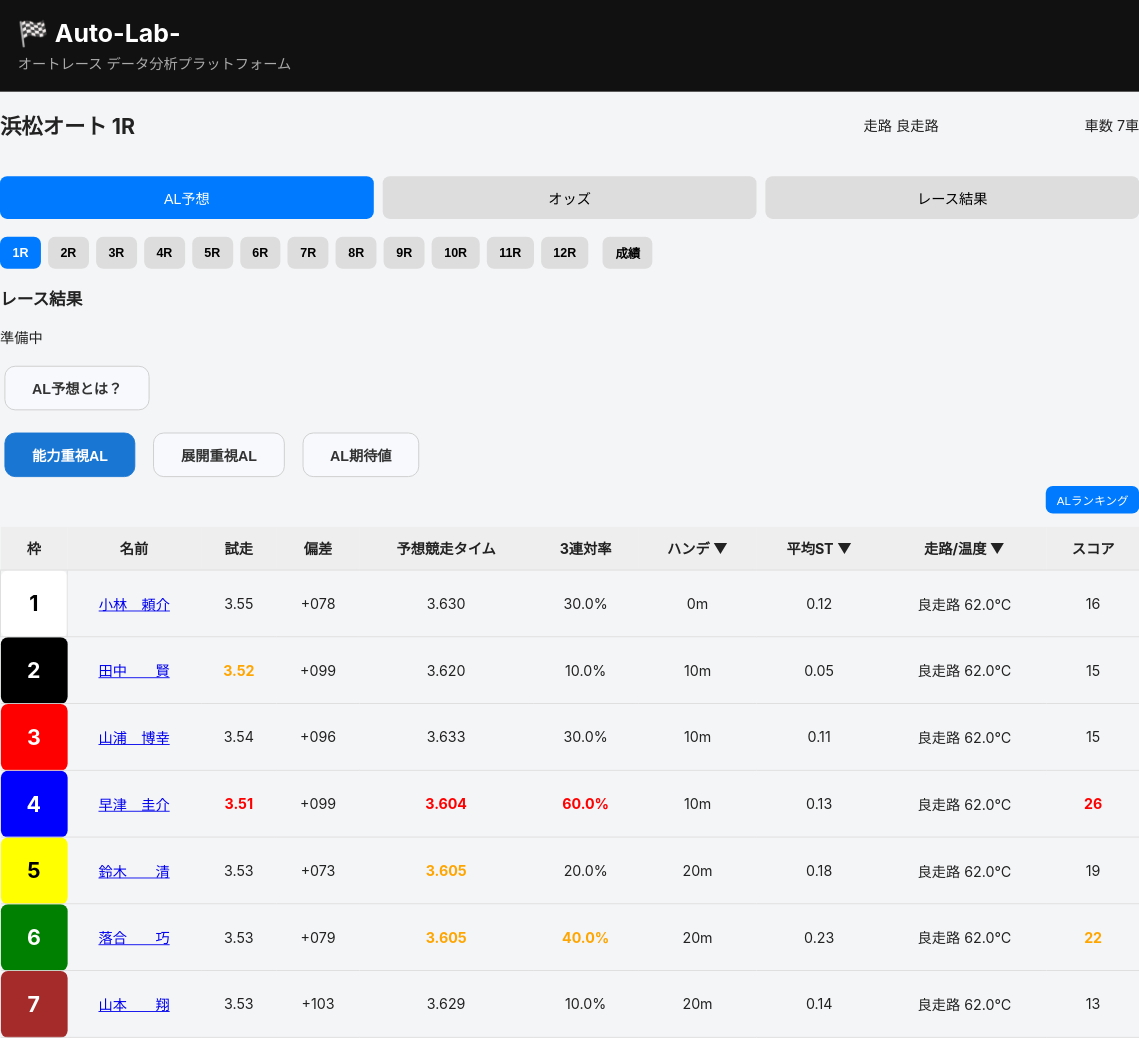
Repository: autorace-lab/Auto-Lab--main
Page: race.html
These files come from the project's save history. The page is drawn as it stood at one moment and after the next save; the edit follows.
The browser window is 1280 px wide. The pictures show the whole page, at 89% of full size.

Above is the page before, as saved 2026-08-05 16:44:15.

### race.html
<!DOCTYPE html>
<html lang="ja">

<head>
<meta charset="UTF-8">
<meta name="viewport" content="width=device-width, initial-scale=1.0">

<title>Auto-Lab- | オートレースデータ分析</title>

<link rel="stylesheet" href="style.css">

</head>


<div id="playerModal" class="modal">

<div class="modal-content">

<span class="close" onclick="closePlayer()">×</span>

<h2 id="playerName"></h2>

<p><strong>ランク</strong>　<span id="playerRank"></span></p>

<p><strong>試走平均</strong>　<span id="playerTime"></span></p>

<p><strong>平均ST</strong>　<span id="playerST"></span></p>

<p><strong>試走偏差</strong>　<span id="playerDiff"></span></p>

<p><strong>3連対率</strong>　<span id="playerTripleRate"></span></p>

<p><strong>節間成績</strong></p>

<p id="playerResults"></p>

<p><strong>直近10走</strong></p>

<p id="playerRecent"></p>

<p><strong>車番</strong>　<span id="playerCar"></span>号車</p>

<p><strong>ハンデ</strong>　<span id="playerHandicap"></span></p>

<p><strong>評価</strong>　<span id="playerEvaluation"></span></p>

</div>

</div>


<body>


<header>


<div class="logo">
<a href="index.html">
🏁 Auto-Lab-
</a>
</div>


<div class="subtitle">
オートレース データ分析プラットフォーム
</div>


</header>

<div class="race-info">

<div class="race-header">

<h2 id="raceTitle"></h2>

<p id="raceTitleType"></p>

<p id="raceDay"></p>

<p id="deadline"></p>

<p id="weather"></p>

<p id="track"></p>

<p id="cars"></p>

</div>

<div class="tabs">
  <button class="tab-btn active" onclick="changeTab('al')">AL予想</button>
  <button class="tab-btn" onclick="changeTab('odds')">オッズ</button>
  <button class="tab-btn" onclick="changeTab('result')">レース結果</button>
</div>

<div class="race-tabs">
  <button class="race-tab-btn active" onclick="changeRace(1)">1R</button>
  <button class="race-tab-btn" onclick="changeRace(2)">2R</button>
  <button class="race-tab-btn" onclick="changeRace(3)">3R</button>
  <button class="race-tab-btn" onclick="changeRace(4)">4R</button>
  <button class="race-tab-btn" onclick="changeRace(5)">5R</button>
  <button class="race-tab-btn" onclick="changeRace(6)">6R</button>
  <button class="race-tab-btn" onclick="changeRace(7)">7R</button>
  <button class="race-tab-btn" onclick="changeRace(8)">8R</button>
  <button class="race-tab-btn" onclick="changeRace(9)">9R</button>
  <button class="race-tab-btn" onclick="changeRace(10)">10R</button>
  <button class="race-tab-btn" onclick="changeRace(11)">11R</button>
  <button class="race-tab-btn" onclick="changeRace(12)">12R</button><div class="race-tabs"></div>
  <button class="race-tab-btn" onclick="changeRecent()">成績</button>
</div>

<div id="race" class="tab-content" style="display:none;">
  <table>
    <thead>
      <tr>
        <th>車</th>
        <th>選手</th>
        <th>ハンデ</th>
        <th>試走</th>
        <th>偏差</th>
        <th>ST</th>
        <th>3連対率</th>
        <th>節間成績</th>
    </thead>
    <tbody id="raceTable"></tbody>
  </table>
</div>
<div id="result" class="tab-content">
  <h3>レース結果</h3>
  <p>準備中</p>
</div>

<div id="odds" class="tab-content" style="display:none;">
  <h3>オッズ</h3>
  <p>ここにオッズを表示します。</p>
</div>

<div id="al" class="tab-content" style="display:block;">

   <div class="al-tabs">

<button class="al-tab-btn" onclick="toggleAbout(this)">
    AL予想とは？
</button>

</div>



    <!-- AL予想とは -->
    <div id="about" class="al-page" style="display:none;">



<h2>🏁 Auto-Lab予想（AL予想）</h2>

<p>
<strong>
試走タイムを単純評価するのではなく、選手ごとの試走特性を補正した
「予想競走タイム」と、レース条件による「展開ポイント」を組み合わせ、
そのレースにおける選手の期待値を可視化する予想システムです。
</strong>
</p>

<p>
オートレースでは、同じ試走タイムでも選手によって意味が変わります。
試走タイムを出しやすい選手、出にくい選手の特徴を
<strong>試走偏差</strong>によって補正し、
選手本来の状態を評価します。
</p>




<p>
選手自身の能力・現在の状態を重視するAI評価です。
</p>

<p>
<strong>
予想競走タイム 70％ ＋ 展開ポイント 30％
</strong>
</p>

<ul>
<li>試走タイム＋試走偏差による予想競走タイム</li>
<li>平均ST</li>
<li>ハンデ位置補正</li>
<li>走路コンディション</li>
</ul>


<h3>🌊 展開重視AL</h3>

<p>
ハンデ位置や走路条件など、レース展開の有利不利を重視するAI評価です。
</p>

<p>
<strong>
予想競走タイム 30％ ＋ 展開ポイント 70％
</strong>
</p>

<ul>
<li>試走タイム＋試走偏差による予想競走タイム</li>
<li>平均ST</li>
<li>ハンデ位置補正</li>
<li>走路コンディション（良走路・湿走路・走路温度など）</li>
</ul>


<h3>🏆 AL期待値</h3>

<p>
能力重視ALと展開重視ALの両方から、
そのレースで最も期待できる選手を分析します。
</p>

<p>
<strong>
能力 × 展開 ＝ Auto-Lab期待値
</strong>
</p>


</div>

<div class="al-sub-tabs">

<button class="al-tab-btn" onclick="changeALTab('ability', this)">
    能力重視AL
</button>

<button class="al-tab-btn" onclick="changeALTab('development', this)">
    展開重視AL
</button>

<button class="al-tab-btn" onclick="changeALTab('expectationArea', this)">
AL期待値
</button>

</div>


<section class="al-description">

  <div id="ability" class="al-page" style="display:none;">

<div class="al-header">



    <button class="rank-btn" id="rankBtn" onclick="toggleAbilityRank()">
    ALランキング
</button>

    </div>

<table>
<thead>
<tr>
<th>枠</th>
<th>名前</th>
<th>試走</th>
<th>偏差</th>
<th>予想競走タイム</th>
<th>3連対率</th>
<th class="handicap-header" onclick="toggleHandicap()">
    ハンデ ▼
</th>
<th class="st-header" onclick="toggleST()">
    平均ST ▼
</th>
<th class="temp-header" onclick="toggleTemperature()">
    走路/温度 ▼
</th>
<th>スコア</th>
</tr>
</thead>

<tbody id="abilityTable">
</tbody>

</table>

</div>

<div id="development" class="al-page" style="display:none;">
<div class="al-header">


   <button class="rank-btn" id="developmentRankBtn" onclick="toggleDevelopmentRank()">
    ALランキング
</button>

    </div>


<table>
<thead>
<tr>
<th>枠</th>
<th>名前</th>
<th>試走</th>
<th>偏差</th>
<th>予想競走タイム</th>
<th>3連対率</th>
<th class="handicap-header" onclick="toggleHandicap()">
    ハンデ ▼
</th>
</th>
<th class="st-header" onclick="toggleST()">
    平均ST ▼
</th>
<th class="temp-header" onclick="toggleTemperature()">
    走路/温度 ▼
</th>
<th>スコア</th>
</tr>
</thead>

<tbody id="developmentTable">
</tbody>

</table>

</div>

<div id="expectationArea" class="al-page" style="display:none;">

<div class="al-header">

<button class="rank-btn" id="expectationRankBtn" onclick="toggleExpectationRank()">
ALランキング
</button>

</div>
<table>

<thead>
<tr>
<th>枠</th>
<th>名前</th>
<th>能力スコア</th>
<th>展開スコア</th>
<th>AL期待値</th>
</tr>
</thead>

<tbody id="expectationTable">

</tbody>

</table>

</div>

<script src="script.js"></script>

</body>

</html>

### style.css
body {
    margin:0;
    font-family:
    -apple-system,
    BlinkMacSystemFont,
    "Helvetica Neue",
    Arial,
    sans-serif;
    background:#f4f5f7;
    color:#222;
}


/* ヘッダー */

header {
    background:#111;
    color:white;
    padding:20px;
}

.logo {
    font-size:28px;
    font-weight:bold;
}

.subtitle {
    color:#aaa;
    margin-top:5px;
}


/* 全体 */

.container {
    max-width:900px;
    margin:auto;
    padding:15px;
}


/* カード */

.card {
    background:white;
    border-radius:14px;
    padding:20px;
    margin-bottom:15px;
    box-shadow:0 3px 10px rgba(0,0,0,0.08);
}


/* レース情報 */

.race-header {
    display:flex;
    justify-content:space-between;
    align-items:center;
}

.badge {
    background:#e60012;
    color:white;
    padding:6px 12px;
    border-radius:20px;
}



/* 表 */

table {
    width:100%;
    border-collapse:collapse;
}


th {
    background:#eee;
}


th,td {
    padding:12px;
    text-align:center;
    border-bottom:1px solid #ddd;
}


/* 車番 */

.car {
    font-size:22px;
    font-weight:bold;
}


/* 評価 */

.rating {
    display:flex;
    gap:10px;
}


.rating div {
    flex:1;
    background:#f5f5f5;
    padding:15px;
    text-align:center;
    border-radius:10px;
}


.star {
    color:#ff9800;
    font-size:22px;
}


/* データ */

.data {
    display:grid;
    grid-template-columns:repeat(3,1fr);
    gap:10px;
}


.data div {
    background:#f5f5f5;
    padding:15px;
    text-align:center;
    border-radius:10px;
}


.number {
    font-size:24px;
    font-weight:bold;
}

  .car {
    width:50px;
    height:50px;
    border-radius:8px;
    color:white;
    font-size:24px;
    font-weight:bold;
}


.car1 {
    background:white;
    color:black;
    border:1px solid #ddd;
}

.car2 {
    background:black;
}

.car3 {
    background:red;
}

.car4 {
    background:blue;
}

.car5 {
    background:yellow;
    color:black;
}

.car6 {
    background:green;
}

.car7 {
    background:brown;
}

.car8 {
    background:purple;
}

/* 試走偏差 */

.plus{
    color:#16a34a;
    font-weight:bold;
    background:#dcfce7;
    padding:4px 8px;
    border-radius:20px;
}

.normal{
    color:#ca8a04;
    font-weight:bold;
    background:#fef9c3;
    padding:4px 8px;
    border-radius:20px;
}

.minus{
    color:#dc2626;
    font-weight:bold;
    background:#fee2e2;
    padding:4px 8px;
    border-radius:20px;
}

/* モーダル */

.modal{

display:none;

position:fixed;

left:0;
top:0;

width:100%;
height:100%;

background:rgba(0,0,0,.6);

}

.modal-content{

background:white;

width:420px;

margin:80px auto;

padding:25px;

border-radius:12px;

position:relative;

}


.close{

position:absolute;

right:15px;

top:10px;

font-size:30px;

cursor:pointer;

}

.tabs {
    display: flex;
    gap: 10px;
    margin: 20px 0;
}

.tab-btn {
    flex: 1;
    padding: 12px;
    border: none;
    background: #ddd;
    cursor: pointer;
    font-size: 16px;
    border-radius: 8px;
    transition: 0.3s;
}

.tab-btn:hover {
    background: #bbb;
}

.tab-btn.active {
    background: #007bff;
    color: white;
}

.tab-content {
    margin-top: 15px;
}

.race-card {
    background: white;
    border-radius: 12px;
    padding: 20px;
    margin: 20px 0;
    box-shadow: 0 4px 12px rgba(0,0,0,0.1);
}

.race-card h3 {
    margin-top: 0;
    font-size: 24px;
}

.race-card button {
    width: 100%;
    padding: 12px;
    border: none;
    border-radius: 8px;
    background: #0066ff;
    color: white;
    font-size: 16px;
    cursor: pointer;
}
.race-card h3 span {
    float: right;
    font-size: 14px;
    font-weight: normal;
}

.race-list {
    display: grid;
    grid-template-columns: 1fr 1fr;
    gap: 15px;
}

.logo a {
    text-decoration: none;
    color: inherit;
}

.best-score {
    color:red !important;
    font-weight:bold;
}

.second-score {
    color:orange !important;
    font-weight:bold;
}

.al-header {
    display: flex;
    justify-content: flex-end;
    align-items: center;
    margin-bottom: 15px;
}

.rank-btn{
    padding:6px 12px;
    border:none;
    border-radius:8px;
    background:#007bff;
    color:white;
    cursor:pointer;
    font-size:13px;
}

.rank-btn:hover{
    opacity:.9;
}

/* AL予想とは？タブ */
.al-tabs {
    margin-bottom: 15px;
}


/* 能力・展開タブ */
.al-sub-tabs {
    display: flex;
    gap: 10px;
    margin: 5px 0;
}


/* ALタブ共通 */
.al-tab-btn {
    padding: 12px 30px;
    margin: 5px;
    border: 1px solid #ccc;
    border-radius: 12px;
    background: #f7f9fc;
    color: #333;
    font-size: 16px;
    font-weight: bold;
    cursor: pointer;
    transition: 0.2s;
}


/* マウスを乗せた時 */
.al-tab-btn:hover {
    background: #e3f2fd;
}


/* 選択中 */
.al-tab-btn.active {
    background: #1976d2;
    color: white;
    border-color: #1976d2;
}

.al-page {
    margin-top: 5px;
}

.buff-plus {
    color: red !important;
}

.buff-minus {
    color: blue !important;
}

.race-tab-btn {
    padding:8px 14px;
    border:none;
    border-radius:8px;
    background:#ddd;
    cursor:pointer;
    font-weight:bold;
}


.race-tab-btn.active {
    background:#007bff;
    color:white;
}

.race-tabs {
    display:flex;
    gap:8px;
    margin:15px 0;
    flex-wrap:wrap;
}


.race-tab-btn {
    padding:8px 14px;
    border:none;
    border-radius:8px;
    background:#ddd;
    cursor:pointer;
    font-size:14px;
    font-weight:bold;
}


.race-tab-btn.active {
    background:#007bff;
    color:white;
}

Loaded but not shown: script.js (1832 lines, source omitted); hamamatsu1_new.html (3905 lines, source omitted)

After the next save:
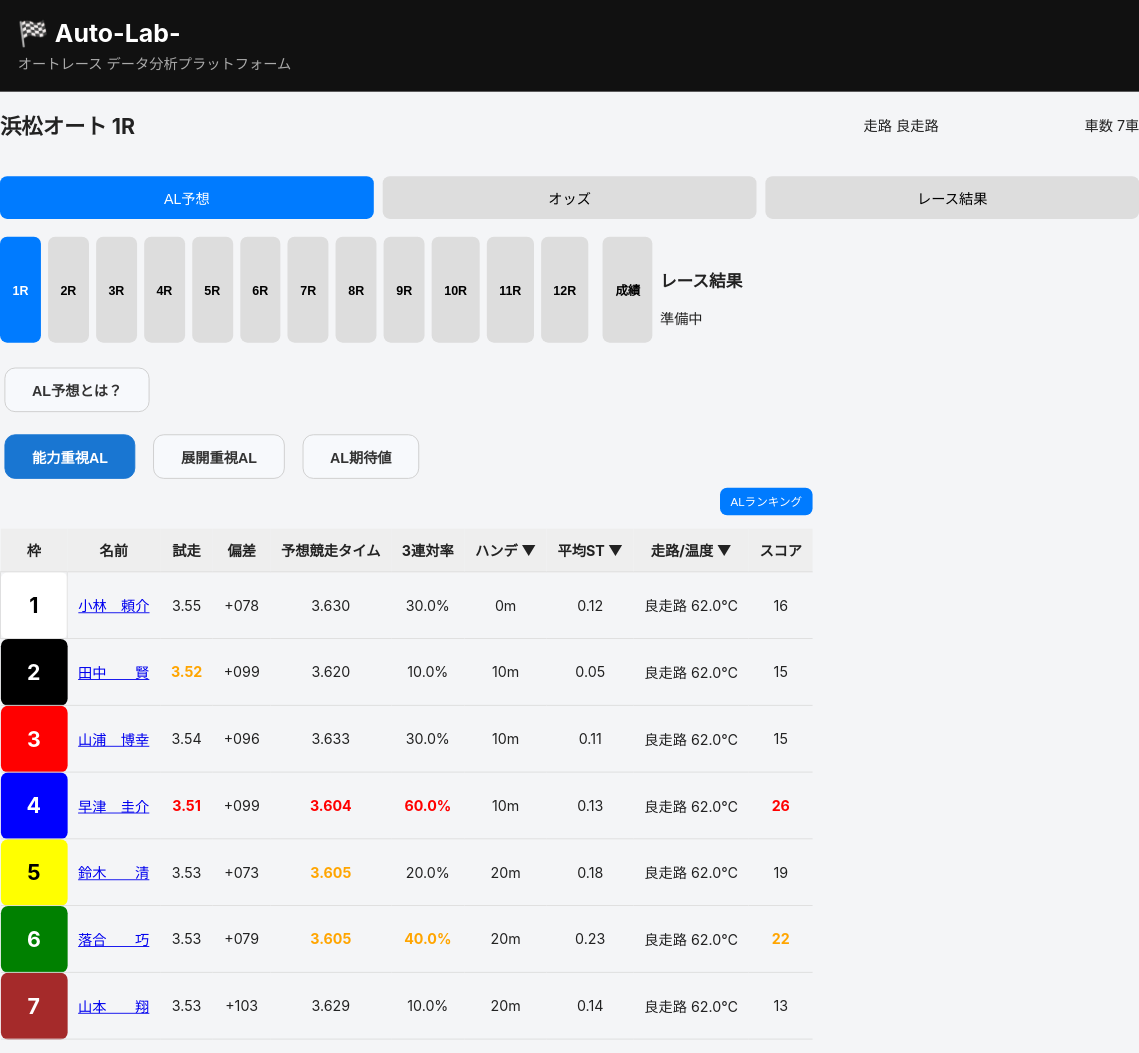
Saved 2 min 57 s later.
--- a/race.html
+++ b/race.html
@@ -108,8 +108,9 @@
   <button class="race-tab-btn" onclick="changeRace(10)">10R</button>
   <button class="race-tab-btn" onclick="changeRace(11)">11R</button>
   <button class="race-tab-btn" onclick="changeRace(12)">12R</button><div class="race-tabs"></div>
-  <button class="race-tab-btn" onclick="changeRecent()">成績</button>
-</div>
+  <button class="race-tab-btn" onclick="changeRecent(this)">
+成績
+</button>
 
 <div id="race" class="tab-content" style="display:none;">
   <table>

After the save that followed:
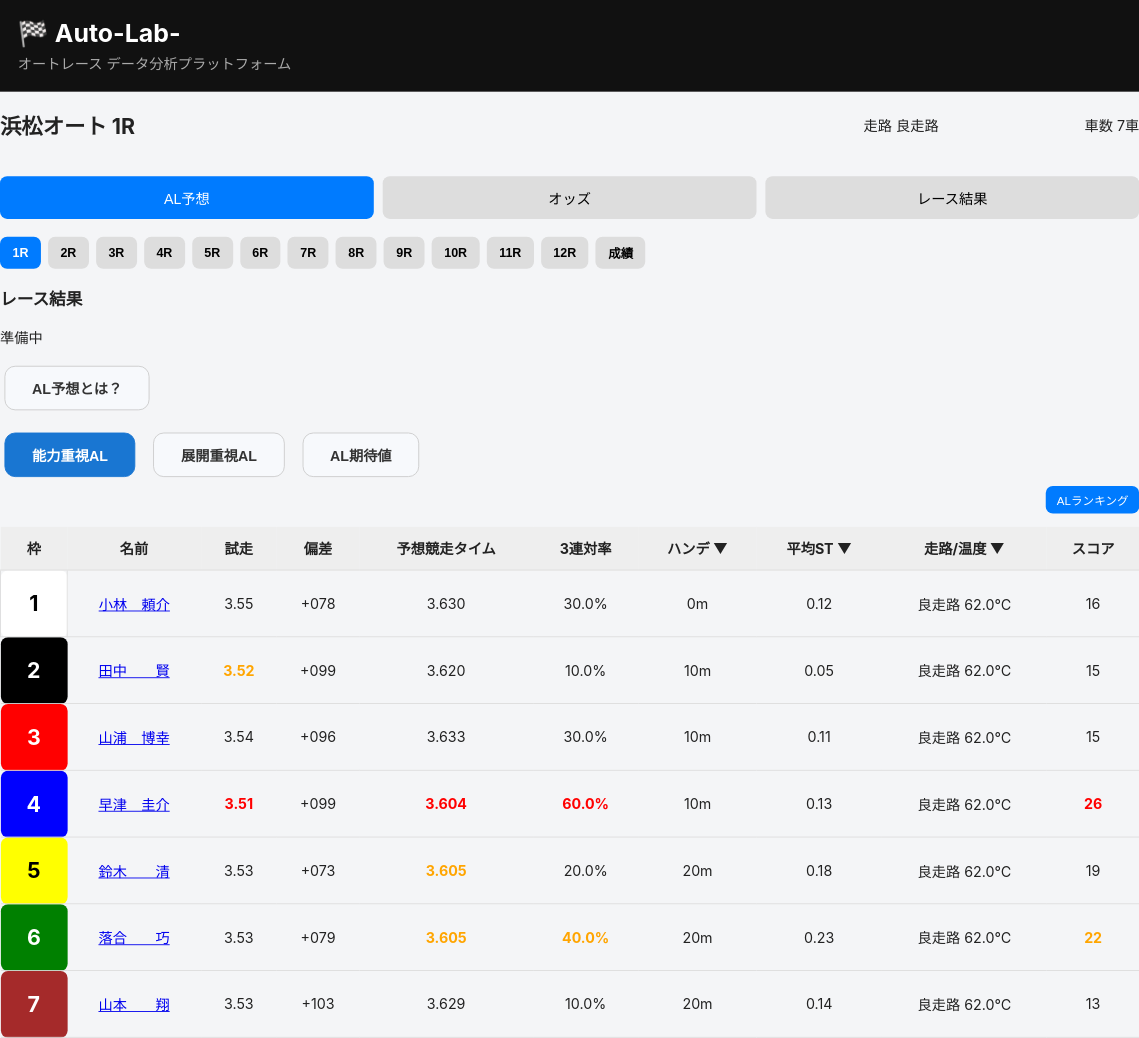
Saved 3 min 14 s later.
--- a/race.html
+++ b/race.html
@@ -96,22 +96,25 @@
 </div>
 
 <div class="race-tabs">
-  <button class="race-tab-btn active" onclick="changeRace(1)">1R</button>
-  <button class="race-tab-btn" onclick="changeRace(2)">2R</button>
-  <button class="race-tab-btn" onclick="changeRace(3)">3R</button>
-  <button class="race-tab-btn" onclick="changeRace(4)">4R</button>
-  <button class="race-tab-btn" onclick="changeRace(5)">5R</button>
-  <button class="race-tab-btn" onclick="changeRace(6)">6R</button>
-  <button class="race-tab-btn" onclick="changeRace(7)">7R</button>
-  <button class="race-tab-btn" onclick="changeRace(8)">8R</button>
-  <button class="race-tab-btn" onclick="changeRace(9)">9R</button>
-  <button class="race-tab-btn" onclick="changeRace(10)">10R</button>
-  <button class="race-tab-btn" onclick="changeRace(11)">11R</button>
-  <button class="race-tab-btn" onclick="changeRace(12)">12R</button><div class="race-tabs"></div>
-  <button class="race-tab-btn" onclick="changeRecent(this)">
+
+<button class="race-tab-btn active" onclick="changeRace(1)">1R</button>
+<button class="race-tab-btn" onclick="changeRace(2)">2R</button>
+<button class="race-tab-btn" onclick="changeRace(3)">3R</button>
+<button class="race-tab-btn" onclick="changeRace(4)">4R</button>
+<button class="race-tab-btn" onclick="changeRace(5)">5R</button>
+<button class="race-tab-btn" onclick="changeRace(6)">6R</button>
+<button class="race-tab-btn" onclick="changeRace(7)">7R</button>
+<button class="race-tab-btn" onclick="changeRace(8)">8R</button>
+<button class="race-tab-btn" onclick="changeRace(9)">9R</button>
+<button class="race-tab-btn" onclick="changeRace(10)">10R</button>
+<button class="race-tab-btn" onclick="changeRace(11)">11R</button>
+<button class="race-tab-btn" onclick="changeRace(12)">12R</button>
+
+<button class="race-tab-btn" onclick="changeRecent(this)">
 成績
 </button>
 
+</div>
 <div id="race" class="tab-content" style="display:none;">
   <table>
     <thead>
